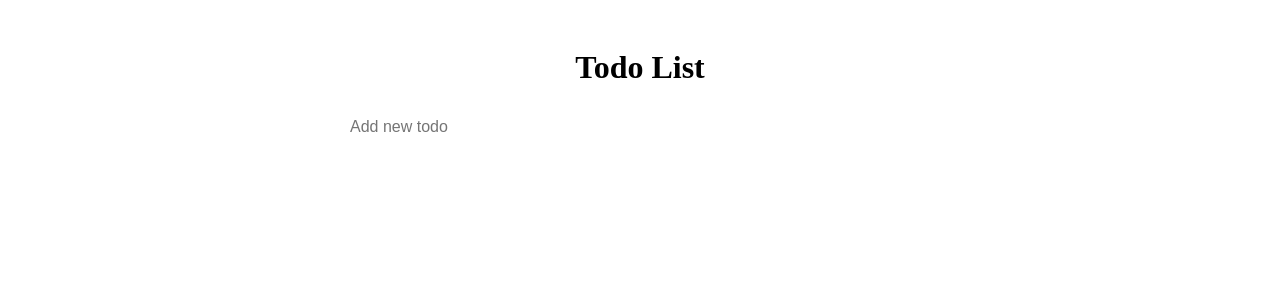
Repository: Tobby004/Todo-assignment
Page: / (app in todo-list-app/)
These files come from the project's save history. The page is drawn as it stood at one moment and after the next save; the edit follows.
The browser window is 1280 px wide. The pictures show the whole page.
The project was rebuilt for these pictures with package versions that can differ from the ones it lists, and the page was loaded fresh each time. Also part of the build but not shown: todo-list-app/vue.config.js.

Above is the page before, as saved 2023-12-06 15:43:01.

### todo-list-app/src/App.vue
<template>
  <div id="app">
    <h1>Todo List</h1>
    <input v-model="newTodo" @keyup.enter="addTodo" placeholder="Add new todo" class="input-field">
    <ul>
      <li v-for="(todo, index) in todos" :key="index" class="todo-item">
        <span>{{ todo }}</span>
        <button @click="editTodo(index)" class="edit-button">Edit</button>
        <button @click="deleteTodo(index)" class="delete-button">Delete</button>
      </li>
    </ul>
  </div>
</template>


<script>
export default {
  data() {
    return {
      todos: [],
      newTodo: '',
      editedTodoIndex: null,
    };
  },
  methods: {
    addTodo() {
      if (this.newTodo.trim() !== '') {
        if (this.editedTodoIndex !== null) {
          this.todos[this.editedTodoIndex] = this.newTodo;
          this.newTodo = '';
          this.editedTodoIndex = null;
        } else {
          this.todos.push(this.newTodo);
          this.newTodo = '';
        }
      }
    },
    editTodo(index) {
      this.newTodo = this.todos[index];
      this.editedTodoIndex = index;
    },
    deleteTodo(index) {
      this.todos.splice(index, 1);
    },
  },
};
</script>

<style scoped>
/* Dark-themed styles */
body {
  margin: 0;
  font-family: Arial, sans-serif;
  background-color: #222;
  color: #eee;
}

#app {
  max-width: 600px;
  margin: 0 auto;
  padding: 20px;
}

h1 {
  text-align: center;
}

.input-field {
  width: 100%;
  padding: 10px;
  margin-bottom: 10px;
  border: none;
  border-radius: 5px;
  font-size: 16px;
}

.todo-item {
  display: flex;
  align-items: center;
  justify-content: space-between;
  padding: 10px;
  margin-bottom: 8px;
  background-color: #333;
  border-radius: 5px;
  transition: background-color 0.3s ease;
}

.todo-item:hover {
  background-color: #444;
}

.edit-button,
.delete-button {
  padding: 5px 10px;
  border: none;
  border-radius: 3px;
  cursor: pointer;
  transition: background-color 0.3s ease;
}

.edit-button:hover {
  background-color: #3a7bd5;
}

.delete-button:hover {
  background-color: #d9534f;
}
</style>

Loaded but not shown: todo-list-app/public/index.html (common file); todo-list-app/src/main.js (common file)

After the next save:
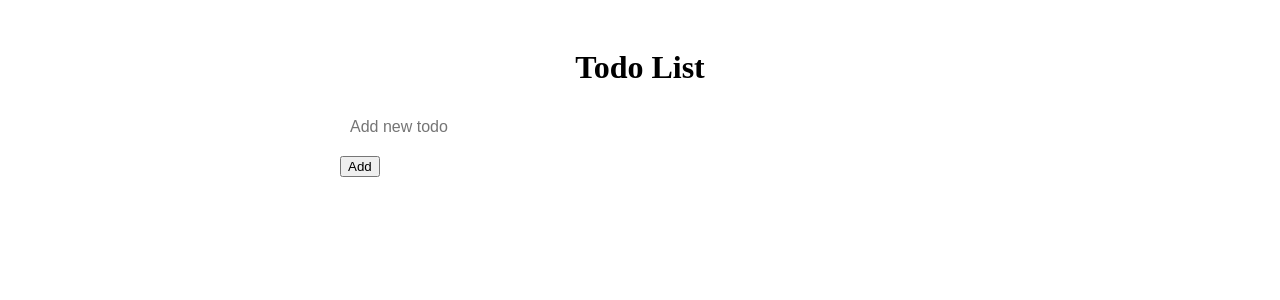
Saved 2 min 36 s later.
--- a/todo-list-app/src/App.vue
+++ b/todo-list-app/src/App.vue
@@ -1,7 +1,10 @@
 <template>
   <div id="app">
     <h1>Todo List</h1>
-    <input v-model="newTodo" @keyup.enter="addTodo" placeholder="Add new todo" class="input-field">
+    <div class="input-container">
+      <input v-model="newTodo" @keyup.enter="addTodo" placeholder="Add new todo" class="input-field">
+      <button @click="addTodo" class="add-button">Add</button>
+    </div>
     <ul>
       <li v-for="(todo, index) in todos" :key="index" class="todo-item">
         <span>{{ todo }}</span>
@@ -11,6 +14,7 @@
     </ul>
   </div>
 </template>
+
 
 
 <script>
